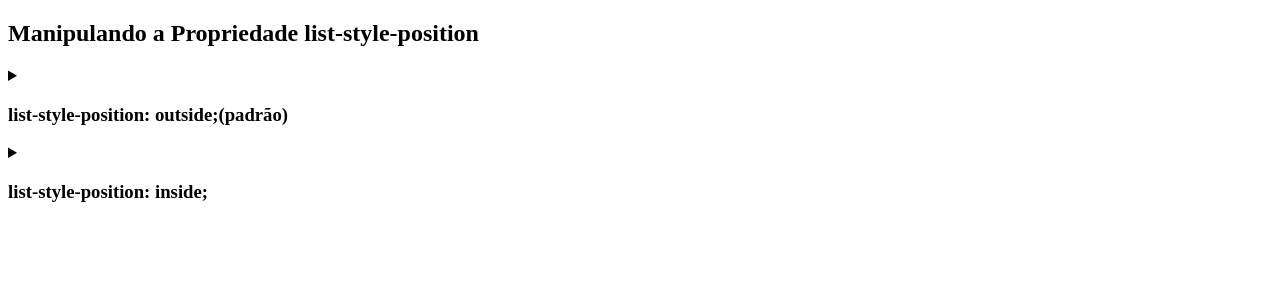
Repository: EmanuelUrbano/introducao_a_tecnologias
Page: 26_04_22/fundamentosCss/list_style_position.html
An editor plug-in stored every save of this project. The page is shown before and after the next save, followed by the edit.
The browser window is 1280 px wide. The pictures show the whole page.

Above is the page before, as saved 2022-04-27 16:39:52.

After the next save:
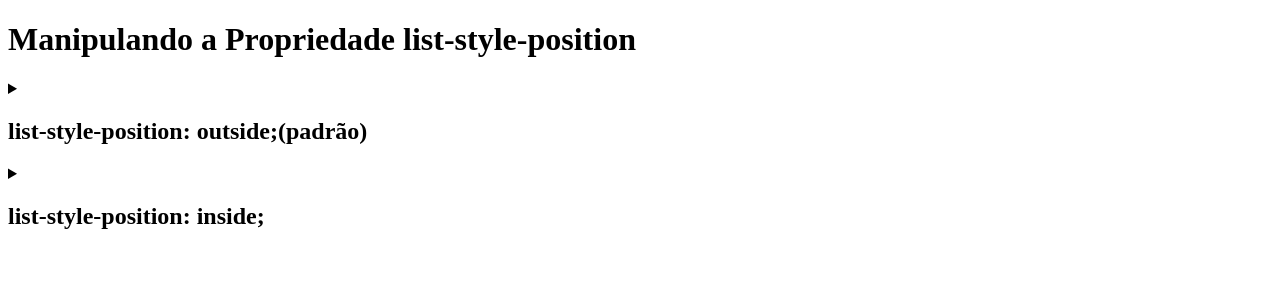
Saved 54 s later.
--- a/26_04_22/fundamentosCss/list_style_position.html
+++ b/26_04_22/fundamentosCss/list_style_position.html
@@ -8,15 +8,15 @@
     <title>Propriedade css: posicao da lista</title>
 </head>
 <body>
-    <h2>Manipulando a Propriedade list-style-position</h2>
+    <h1>Manipulando a Propriedade list-style-position</h1>
     <details>
         <summary>
-            <h3>list-style-position: outside;(padrão)</h3>
+            <h2>list-style-position: outside;(padrão)</h2>
         </summary>
     </details>
     <details>
         <summary>
-            <h3>list-style-position: inside;</h3>
+            <h2>list-style-position: inside;</h2>
         </summary>
     </details>
 </body>
